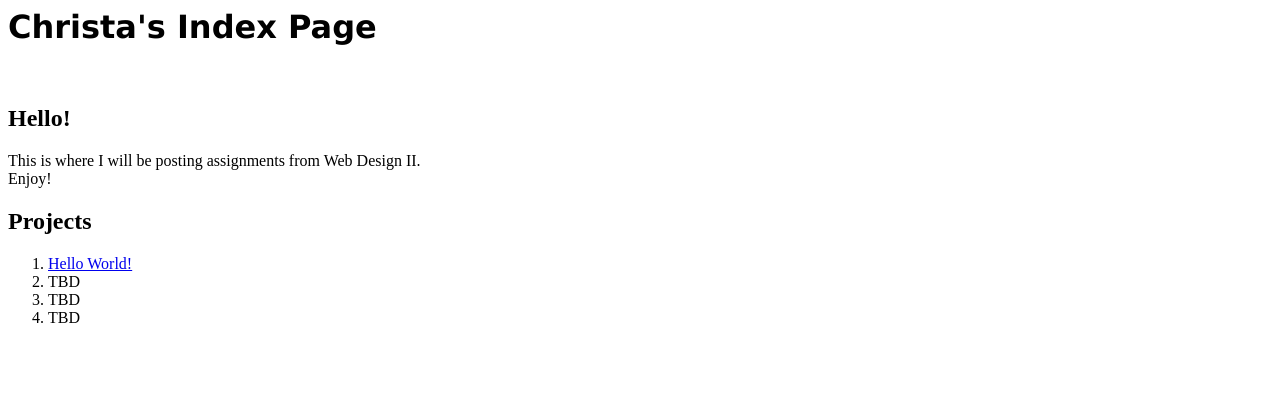
Repository: cbickhar/cbickhar.github.io
Page: index.html
The author's editor kept a record of every edit. The page is drawn from the files as they stood at one moment, then again after the next edit.
The browser window is 1280 px wide. The pictures show the whole page.

Above is the page before.

### index.html
<html>
    <head>
        <title>Christa's Index Page</title>
        <h1 style="font-family:verdana">Christa's Index Page</h1>
        <br>
        <h2>Hello!</h2>
    </head>
    <body>
        This is where I will be posting assignments
        from Web Design II.
        <br>
        Enjoy!
        <br>
        <h2>Projects</h2>

<ol type="1">
 <li> <a href="project_1.html">Hello World!</a></li>
 <li>TBD</li>
 <li>TBD</li>
 <li>TBD</li>
</ol>

    </body>
</html>

After the next edit:
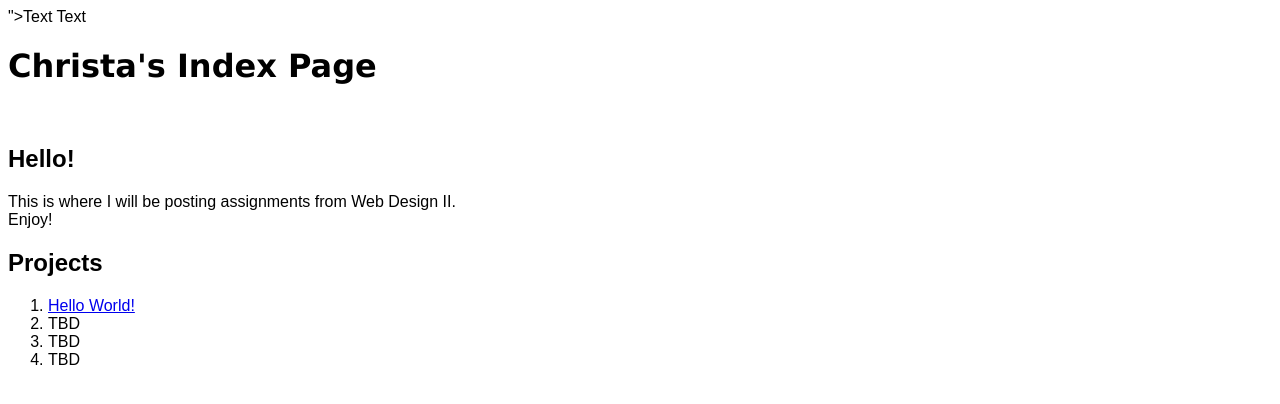
The edit:
--- a/index.html
+++ b/index.html
@@ -1,4 +1,5 @@
 <html>
+<FONT FACE="modern, arial, veranda">">Text Text
     <head>
         <title>Christa's Index Page</title>
         <h1 style="font-family:verdana">Christa's Index Page</h1>

After the 2 edits that followed:
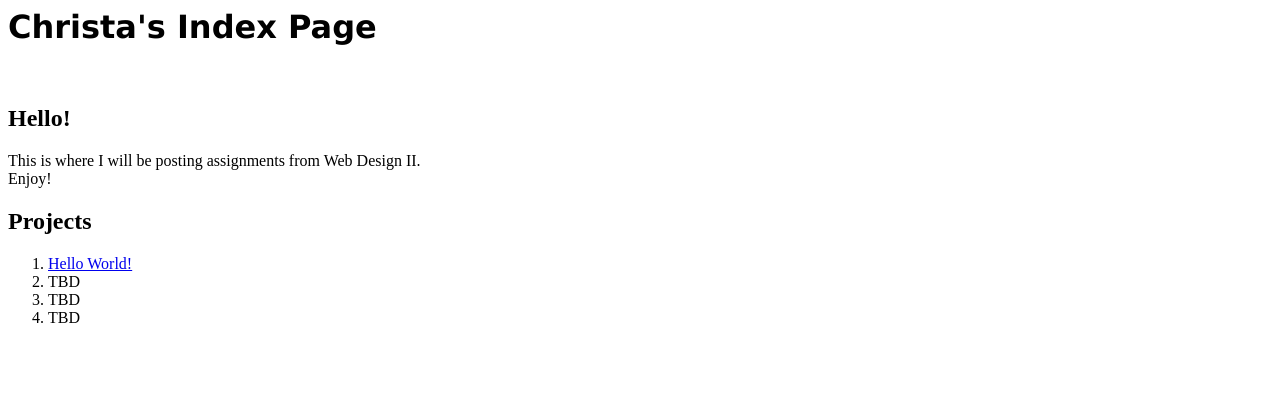
The 2 edits are shown as one change because 1 left the picture as it was.
The edit:
--- a/index.html
+++ b/index.html
@@ -1,5 +1,4 @@
 <html>
-<FONT FACE="modern, arial, veranda">">Text Text
     <head>
         <title>Christa's Index Page</title>
         <h1 style="font-family:verdana">Christa's Index Page</h1>
@@ -22,4 +21,5 @@
 </ol>
 
     </body>
+</FONT>
 </html>
